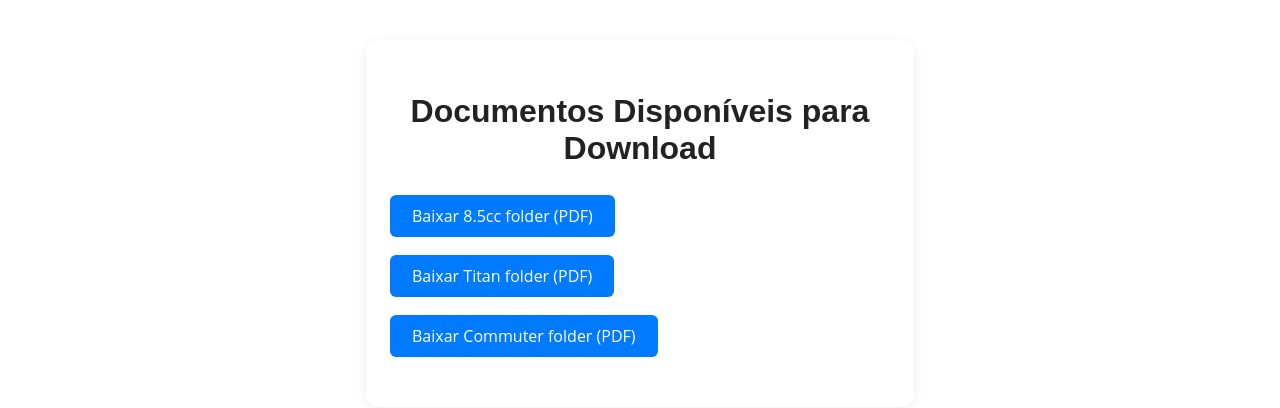
Repository: JamesOliveira1/Project-MastroWebSite
Page: assets/contents/documents.html
These files come from the project's save history. The page is drawn as it stood at one moment and after the next save; the edit follows.
The browser window is 1280 px wide. The pictures show the whole page.

Above is the page before, as saved 2025-06-30 13:15:32.

### assets/contents/documents.html
<!DOCTYPE html>
<html lang="pt-BR">
<head>
    <meta charset="UTF-8">
    <title>Documentos para Download</title>
    <link rel="stylesheet" href="/assets/css/style.css">
    <style>
        /* Estilo adicional para destacar a lista de documentos */
        .documents-container {
            max-width: 500px;
            margin: 40px auto;
            padding: 32px 24px;
            background: #fff;
            border-radius: 12px;
            box-shadow: 0 2px 12px rgba(0,0,0,0.07);
        }
        .documents-container h1 {
            text-align: center;
            margin-bottom: 28px;
            color: #222;
        }
        .documents-list {
            list-style: none;
            padding: 0;
        }
        .documents-list li {
            margin-bottom: 18px;
        }
        .documents-list a {
            display: inline-block;
            padding: 10px 22px;
            background: #007bff;
            color: #fff;
            border-radius: 6px;
            text-decoration: none;
            font-weight: 500;
            transition: background 0.2s;
        }
        .documents-list a:hover {
            background: #0056b3;
        }
    </style>
</head>
<body>
    <div class="documents-container">
        <h1>Documentos Disponíveis para Download</h1>
        <ul class="documents-list">
            <li><a href="./85cc.pdf" download>Baixar 8.5cc folder (PDF)</a></li>
            <li><a href="./titancc.pdf" download>Baixar Titan folder (PDF)</a></li>
            <li><a href="./commuter.pdf" download>Baixar Commuter folder (PDF)</a></li>
        </ul>
    </div>
</body>
</html>

Loaded but not shown: assets/css/style.css (4288 lines, source omitted)

After the next save:
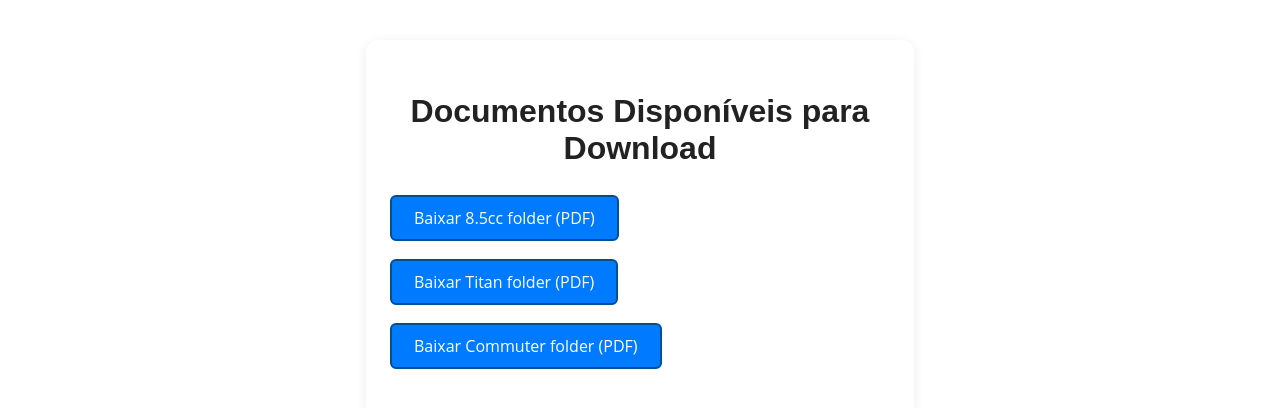
Saved 2 min 7 s later.
--- a/assets/contents/documents.html
+++ b/assets/contents/documents.html
@@ -45,9 +45,9 @@
     <div class="documents-container">
         <h1>Documentos Disponíveis para Download</h1>
         <ul class="documents-list">
-            <li><a href="./85cc.pdf" download>Baixar 8.5cc folder (PDF)</a></li>
-            <li><a href="./titancc.pdf" download>Baixar Titan folder (PDF)</a></li>
-            <li><a href="./commuter.pdf" download>Baixar Commuter folder (PDF)</a></li>
+            <li><a href="./85cc.pdf" download class="btn btn-primary btn-large botaoorçarmento">Baixar 8.5cc folder (PDF)</a></li>
+            <li><a href="./titancc.pdf" download class="btn btn-primary btn-large botaoorçarmento">Baixar Titan folder (PDF)</a></li>
+            <li><a href="./commuter.pdf" download class="btn btn-primary btn-large botaoorçarmento">Baixar Commuter folder (PDF)</a></li>
         </ul>
     </div>
 </body>
